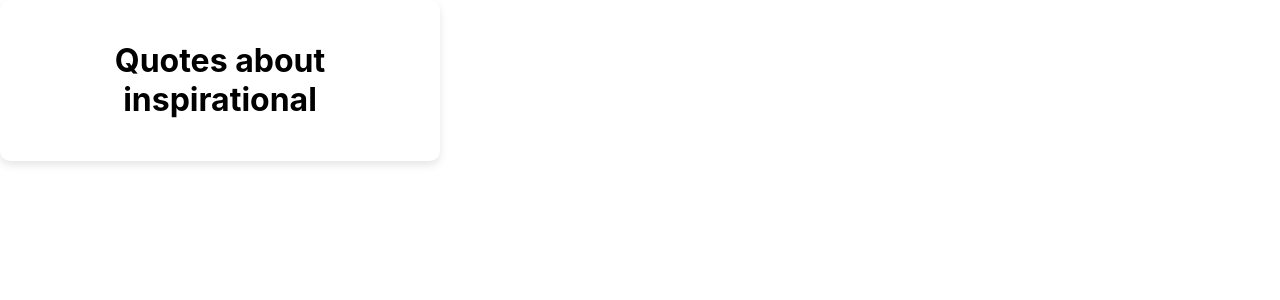
Repository: Bhavik-Sanghar/Quote-app
Page: /
The author's editor kept a copy of each file at every save. The page is drawn from the files as they stood at one save, then again after the next save.
The browser window is 1280 px wide. The pictures show the whole page.
The page's requests for data from a server got no answer. The project was rebuilt for these pictures with package versions that can differ from the ones it lists, and the page was loaded fresh each time. No one was signed in, and anything a server would have sent is missing. Imported but missing from the stored project, and not drawn on this page: src/components/QuoteDisplay.

Above is the page before, as saved 2023-08-18 10:42:49.

After the next save:
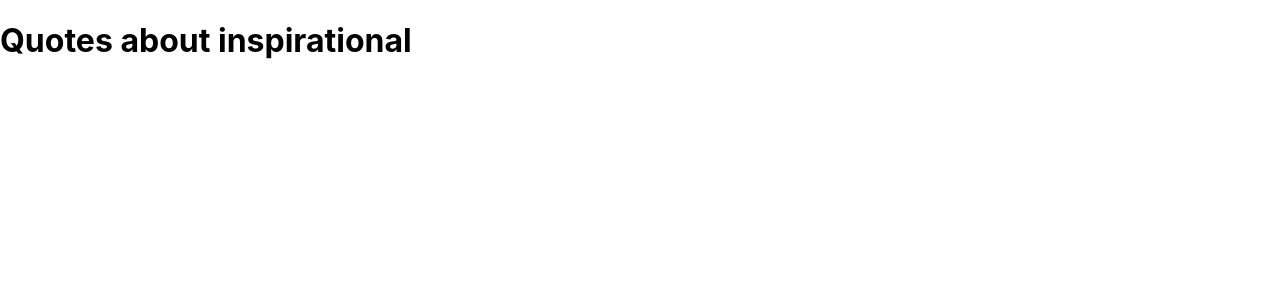
Saved 43 s later.
--- a/src/styles.css
+++ b/src/styles.css
@@ -1,4 +1,4 @@
-/* styles.css */
+/* styles.css
 
 .quote-display {
   display: flex;
@@ -33,4 +33,4 @@
   max-width: 100%;
   height: auto;
   margin-bottom: 10px;
-}
+} */
